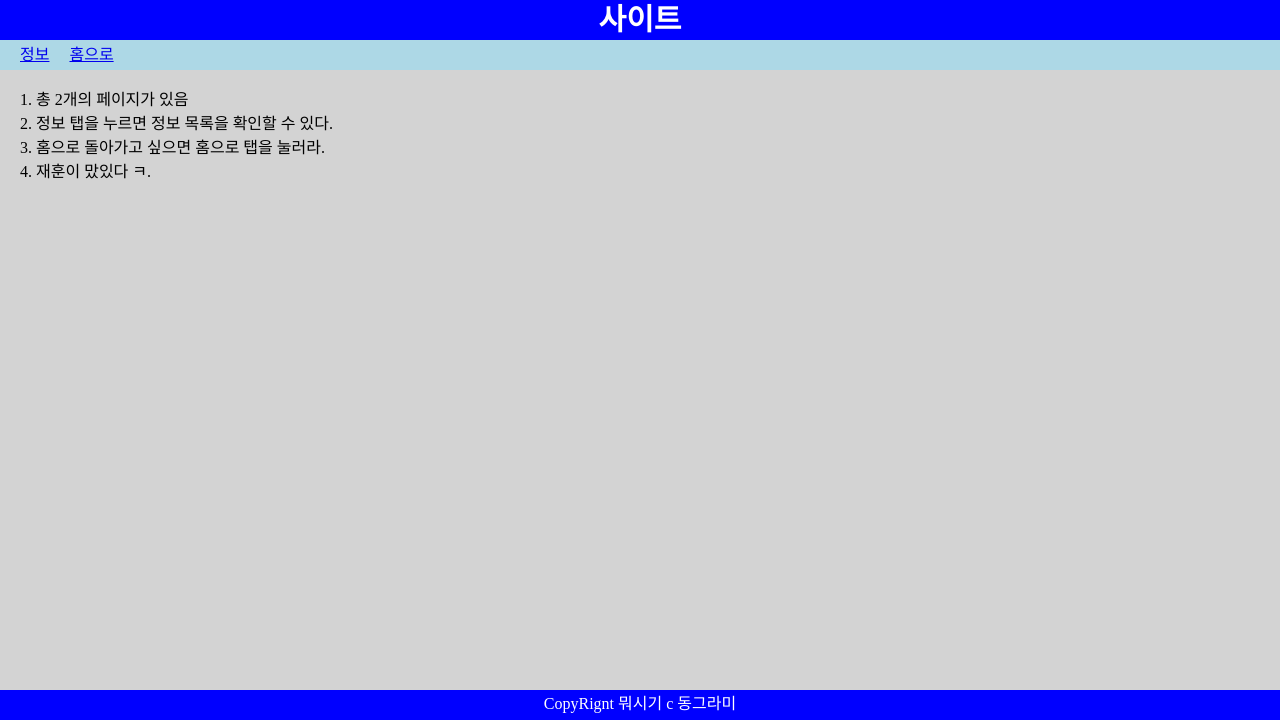
Repository: ImGaram/til
Page: http://localhost/practice/soqn/index.jsp
An editor plug-in stored every save of this project. The page is shown before and after the next save, followed by the edit.
The browser window is 1280 px wide. The pictures show the whole page.
The page is served by Tomcat 9.

Above is the page before, as saved 2022-06-28 11:40:24.

After the next save:
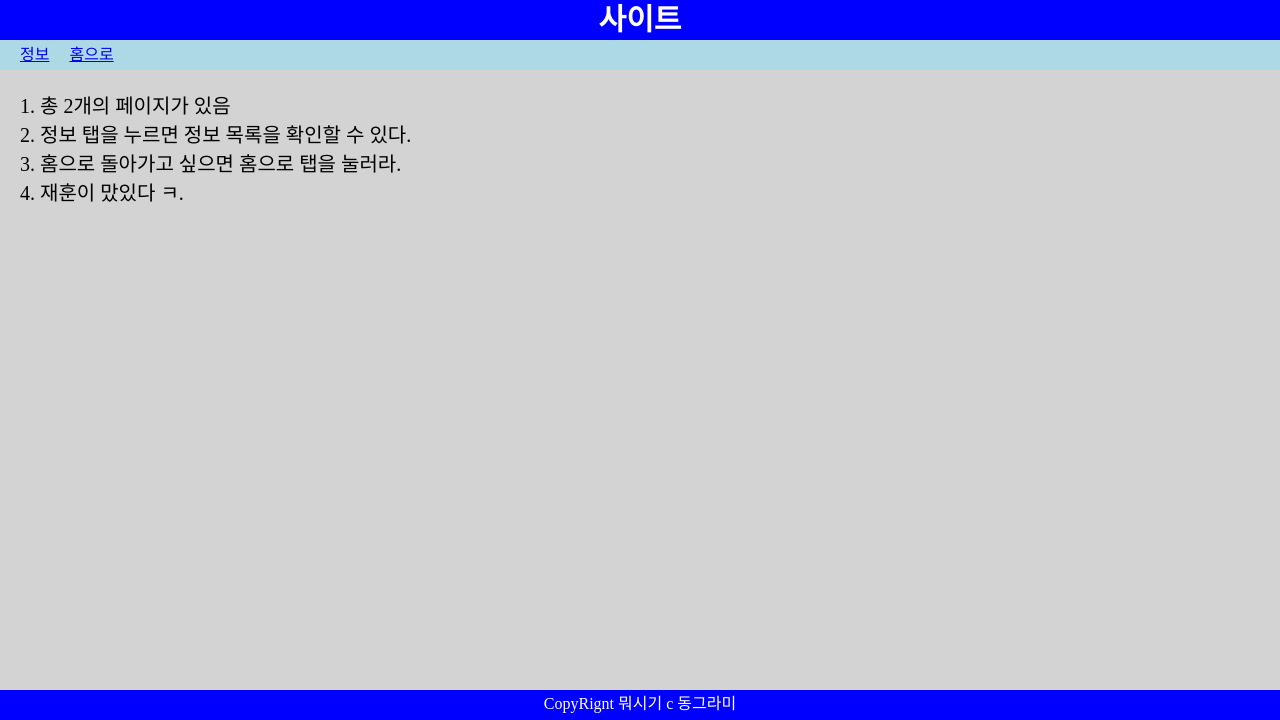
Saved 32 s later.
--- a/2학년 jsp(화면구현)/practice/src/main/webapp/soqn/index.jsp
+++ b/2학년 jsp(화면구현)/practice/src/main/webapp/soqn/index.jsp
@@ -8,7 +8,7 @@
 </head>
 <body>
 <jsp:include page="header.jsp"></jsp:include>
-<section style="position:fixed; top:70px; left:0; width:100%; height:100%; background:lightgray;">
+<section style="position:fixed; top:70px; left:0; width:100%; height:100%; background:lightgray; font-size:20px">
 <p style="padding-left:20px">
 1. 총 2개의 페이지가 있음<br>
 2. 정보 탭을 누르면 정보 목록을 확인할 수 있다.<br>

After the save that followed:
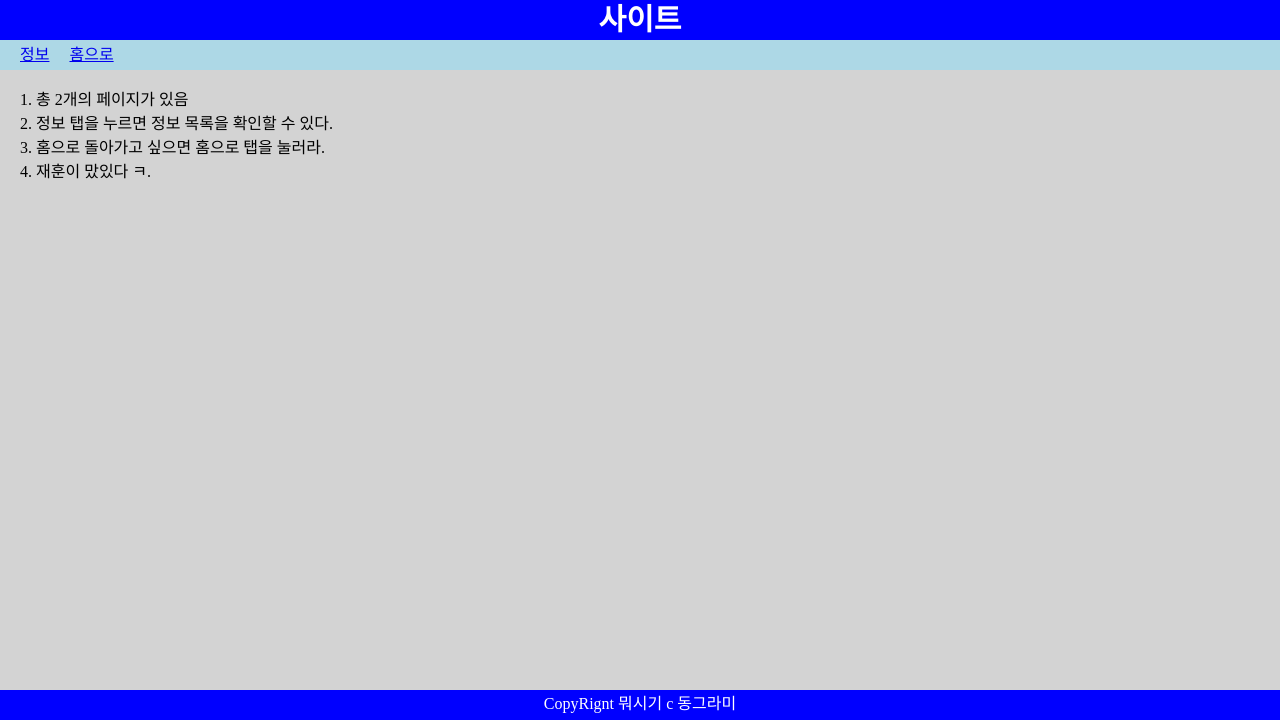
Saved 9 s later.
--- a/2학년 jsp(화면구현)/practice/src/main/webapp/soqn/index.jsp
+++ b/2학년 jsp(화면구현)/practice/src/main/webapp/soqn/index.jsp
@@ -8,7 +8,7 @@
 </head>
 <body>
 <jsp:include page="header.jsp"></jsp:include>
-<section style="position:fixed; top:70px; left:0; width:100%; height:100%; background:lightgray; font-size:20px">
+<section style="position:fixed; top:70px; left:0; width:100%; height:100%; background:lightgray;">
 <p style="padding-left:20px">
 1. 총 2개의 페이지가 있음<br>
 2. 정보 탭을 누르면 정보 목록을 확인할 수 있다.<br>
